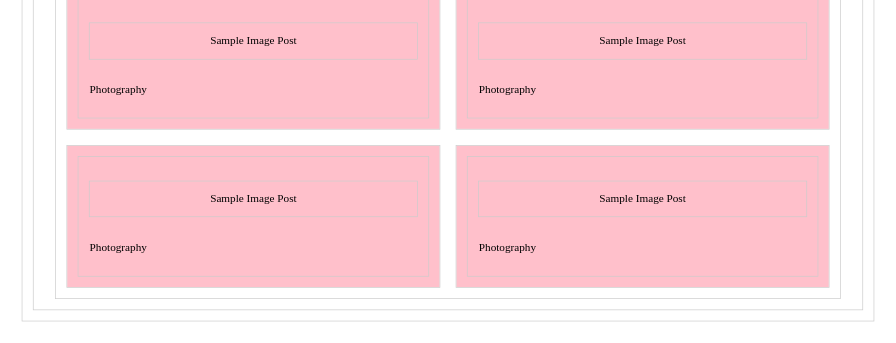
Repository: kionale/Project1_Lab3_ResponsiveLayout
Page: index.html
An editor plug-in stored every save of this project. The page is shown before and after the next save, followed by the edit.
The browser window is 1280 px wide. The pictures show the part of the page from y = 1213 to 3133 px (the page is 1703 px tall before and 3133 px after), at 70% of full size.

Above is the page before, as saved 2023-01-25 20:42:16.

After the next save:
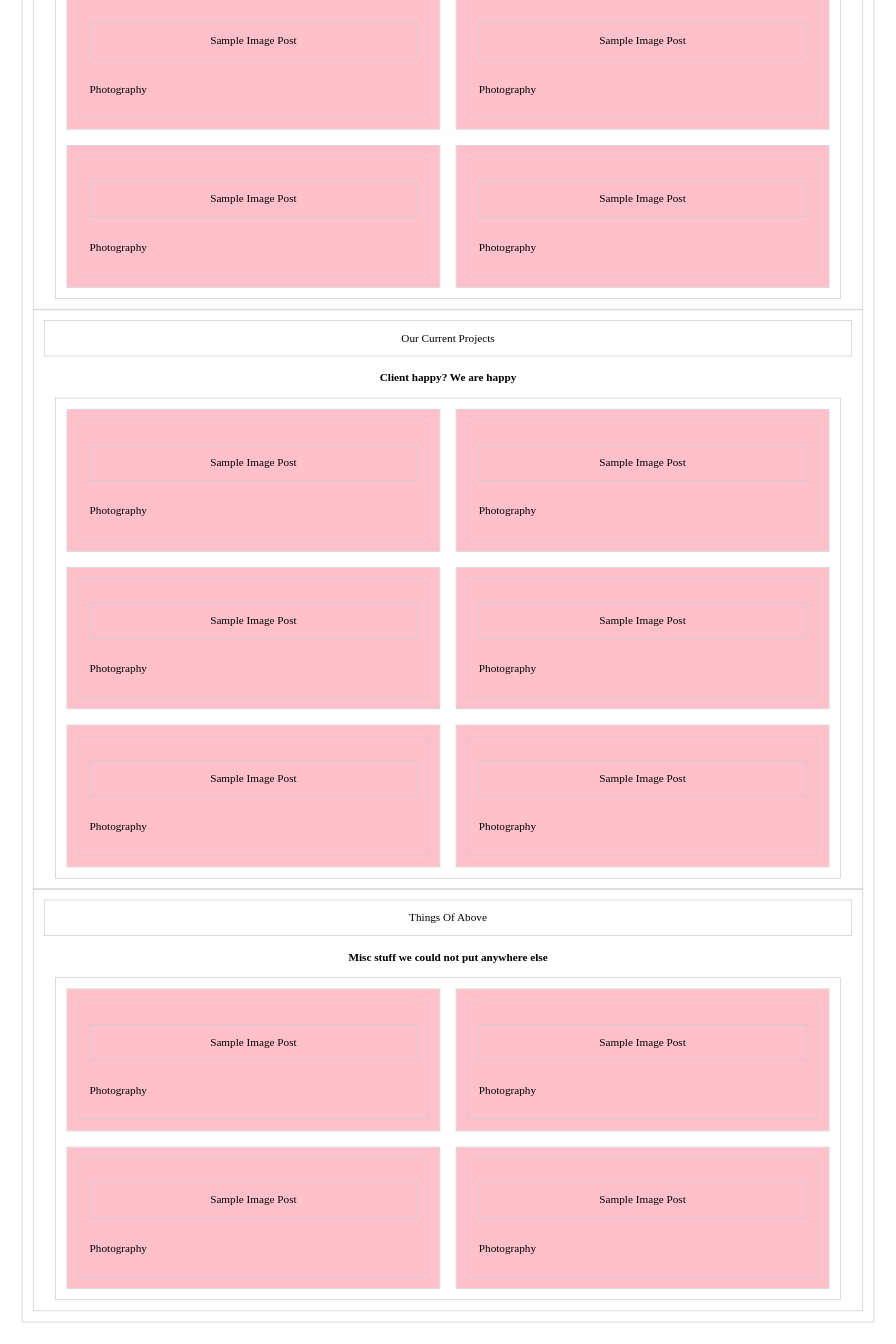
Saved 95 min 39 s later.
--- a/index.html
+++ b/index.html
@@ -145,6 +145,89 @@
         </div>
       </div>
     </section>
+    <section class="recent__work">
+      <header class="header post__header">Our Current Projects</header>
+      <h4 class="subheading">Client happy? We are happy</h4>
+      <div class="row m-col-2 l-col-3">
+        <div class="col">
+          <div>
+            <img src="" alt="">
+            <header class="header recent__work__title">Sample image post</header><br>
+            <p>Photography</p>
+          </div>
+        </div>
+        <div class="col">
+          <div>
+            <img src="" alt="">
+            <header class="header recent__work__title">Sample image post</header><br>
+            <p>Photography</p>
+          </div>
+        </div>
+        <div class="col">
+          <div>
+            <img src="" alt="">
+            <header class="header recent__work__title">Sample image post</header><br>
+            <p>Photography</p>
+          </div>
+        </div>
+        <div class="col">
+          <div>
+            <img src="" alt="">
+            <header class="header recent__work__title">Sample image post</header><br>
+            <p>Photography</p>
+          </div>
+        </div>
+        <div class="col">
+          <div>
+            <img src="" alt="">
+            <header class="header recent__work__title">Sample image post</header><br>
+            <p>Photography</p>
+          </div>
+        </div>
+        <div class="col">
+          <div>
+            <img src="" alt="">
+            <header class="header recent__work__title">Sample image post</header><br>
+            <p>Photography</p>
+          </div>
+        </div>
+      </div>
+    </section>
+    <section class="recent__work">
+      <header class="header post__header">Things of above</header>
+      <h4 class="subheading">Misc stuff we could not put anywhere else</h4>
+      <div class="row m-col-2 l-col-3">
+        <div class="col">
+          <div>
+            <img src="" alt="">
+            <header class="header recent__work__title">Sample image post</header><br>
+            <p>Photography</p>
+          </div>
+        </div>
+        <div class="col">
+          <div>
+            <img src="" alt="">
+            <header class="header recent__work__title">Sample image post</header><br>
+            <p>Photography</p>
+          </div>
+        </div>
+        <div class="col">
+          <div>
+            <img src="" alt="">
+            <header class="header recent__work__title">Sample image post</header><br>
+            <p>Photography</p>
+          </div>
+        </div>
+        <div class="col">
+          <div>
+            <img src="" alt="">
+            <header class="header recent__work__title">Sample image post</header><br>
+            <p>Photography</p>
+          </div>
+        </div>
+
+      </div>
+    </section>
   </main>
 
 
